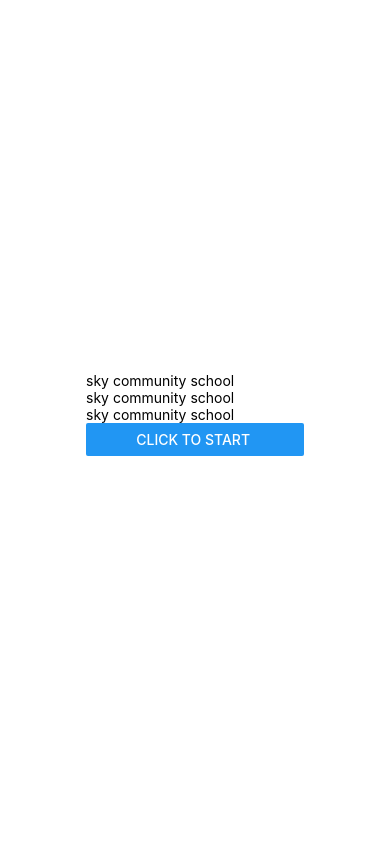
Repository: 2000-Nanayaw/MobileApp
Screen: /
The author's editor kept a copy of each file at every save. The screen is drawn from the files as they stood at one save, then again after the next save.
The app was drawn by React Native's web renderer in a window 390 px wide. The project was rebuilt for these pictures with package versions that can differ from the ones it lists, and the page was loaded fresh each time.

Above is the screen before, as saved 2023-08-24 01:48:00.

### App.js
import { StatusBar } from 'expo-status-bar';
import { Button, StyleSheet, Text, TextInput, View } from 'react-native';

 function App() {
  return (
    <View style={styles.container}>
      <View>
      <Text>sky community school</Text>
      <Text>sky community school</Text>
      <Text>sky community school</Text>
      <Button title='click to start '/>
      <TextInput />
      </View>
      <StatusBar style="auto" />
    </View>
  );
}

const styles = StyleSheet.create({
  container: {
    flex: 1,
    backgroundColor: 'white',
    alignItems: 'center',
    justifyContent: 'center',

  },
});
export default App;

After the next save:
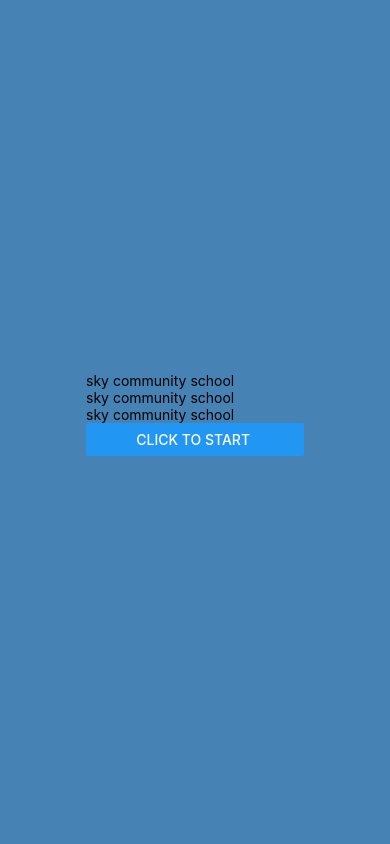
Saved 23 s later.
--- a/App.js
+++ b/App.js
@@ -19,7 +19,7 @@ import { Button, StyleSheet, Text, TextInput, View } from 'react-native';
 const styles = StyleSheet.create({
   container: {
     flex: 1,
-    backgroundColor: 'white',
+    backgroundColor: 'steelblue',
     alignItems: 'center',
     justifyContent: 'center',
 
